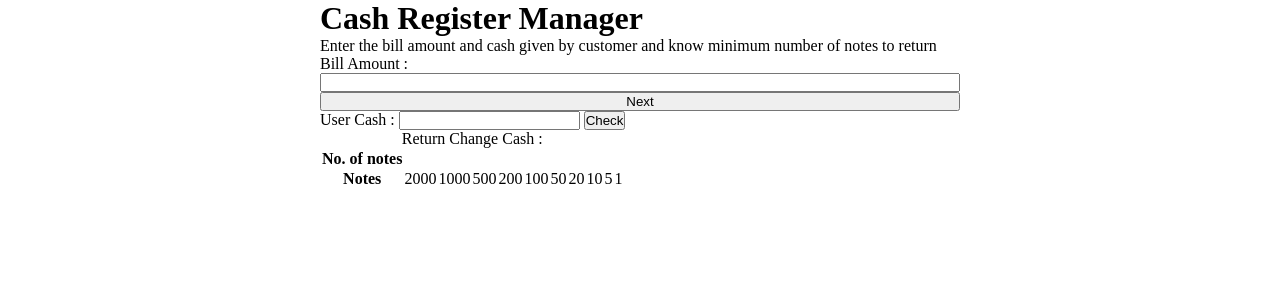
Repository: patelamancode/Cash-register-manager-app
Page: index.html
The author's editor kept a copy of each file at every save. The page is drawn from the files as they stood at one save, then again after the next save.
The browser window is 1280 px wide. The pictures show the whole page.

Above is the page before, as saved 2022-11-18 15:17:34.
Console error: ReferenceError: hideContent is not defined

### index.html
<!DOCTYPE html>
<html lang="en">

<head>
    <meta charset="UTF-8">
    <meta http-equiv="X-UA-Compatible" content="IE=edge">
    <meta name="viewport" content="width=device-width, initial-scale=1.0">
    <link rel="stylesheet" href="index.css">
    <title>Cash register app</title>
</head>

<body>
    <div id="main-container">
        <h1 class="heading">Cash Register Manager</h1>
        <p id="description">Enter the bill amount and cash given by customer
            and know minimum number of notes to return
        </p>
        <label for="Bill-amount">Bill Amount :</label>
        <input type="text" id="bill-amount">
        <button id="next-btn">Next</button>
        <div class="sub-container">
            <label for="Cash-amount" class="cash-section">User Cash :</label>
            <input type="text" id="cash-amount">
            <button class="check-btn">Check</button>
            <p class="error-message"></p>
            <table class="change-cash">
                <caption>Return Change Cash :</caption>
                <tr>
                    <th>No. of notes</th>
                    <td class="notes-number"></td>
                    <td class="notes-number"></td>
                    <td class="notes-number"></td>
                    <td class="notes-number"></td>
                    <td class="notes-number"></td>
                    <td class="notes-number"></td>
                    <td class="notes-number"></td>
                    <td class="notes-number"></td>
                    <td class="notes-number"></td>
                    <td class="notes-number"></td>
                </tr>
                <tr>
                    <th>Notes</th>
                    <td>2000</td>
                    <td>1000</td>
                    <td>500</td>
                    <td>200</td>
                    <td>100</td>
                    <td>50</td>
                    <td>20</td>
                    <td>10</td>
                    <td>5</td>
                    <td>1</td>
                </tr>
            </table>
        </div>
    </div>

    <script src="index.js"></script>
</body>

</html>

### index.css
*{
    margin: 0;
    padding: 0;
}

#main-container{
    display: flex;
    flex-direction: column;
    width: 50vw;
    margin: auto;
}

/* .sub-container{
    background-color: yellow;
    display: flex;
    flex-direction: column;
    width: 50vw;
    margin: auto;
} */

### index.js
// document.querySelector('.check-btn').addEventListener('click', function(){
//     console.log("Check button is clicked")
// })

const billAmount = document.querySelector('#bill-amount');
const cashAmount = document.querySelector('#cash-amount');
const checkButton = document.querySelector('.check-btn');
const errorMessage = document.querySelector('.error-message');
const notesDisplay = document.querySelectorAll('.notes-number');
// from here
// const hideContent = document.querySelector('.sub-container');
const nextButton = document.querySelector('#next-btn');


// Testing console values for all inputs
// checkButton.addEventListener('click', function(){
//     console.log(cashAmount.value);
// })
hideContent.style.display = "none"

nextButton.addEventListener('click', function(){
    hideContent.style.display = "block"

})
// to here

const displayErrorMessage = function (message) {
    errorMessage.style.display = "block";
    errorMessage.style.backgroundColor = "red";
    errorMessage.innerText = message;
}
const hideErrorMessage = function(){
    errorMessage.style.display = "none";

}

const notesArray = [2000, 1000, 500, 200, 100, 50, 20, 10, 5, 1];


checkButton.addEventListener('click', function amountValidation() {
    hideErrorMessage();

    if (billAmount.value > 0) {
        if(cashAmount.value > billAmount.value){
            const returnAmount = cashAmount.value - billAmount.value;
            numberOfNotesGiven(returnAmount);
        }
        else{
            displayErrorMessage("Invalid Cash value as per Bill amount");
        }
    }
    else {
        displayErrorMessage("Please make sure input bill amount must be positive and non-zero value");
    }
})

const numberOfNotesGiven = function(returnAmount){
    for(let i=0; i< notesArray.length; i++){
        let notesCount = Math.trunc(returnAmount/notesArray[i]);
        returnAmount = returnAmount%notesArray[i];
        notesDisplay[i].innerText = notesCount;
    }
}

// 1550

After the next save:
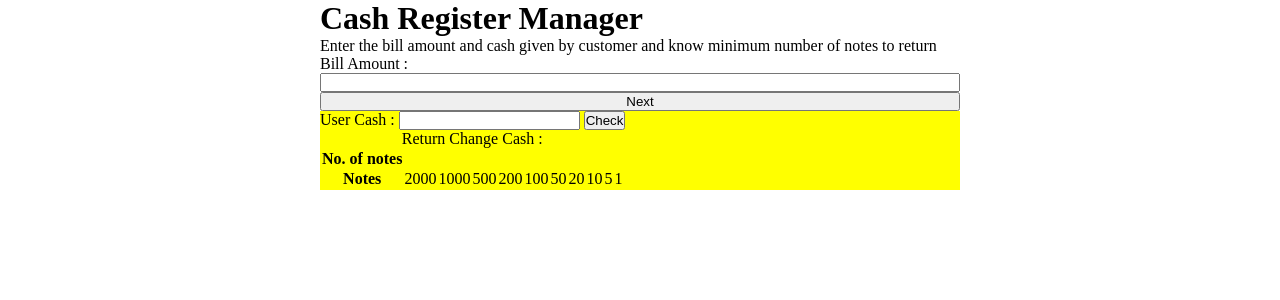
Saved 30 s later.
--- a/index.css
+++ b/index.css
@@ -10,10 +10,10 @@
     margin: auto;
 }
 
-/* .sub-container{
+.sub-container{
     background-color: yellow;
-    display: flex;
+    /* display: flex; */
     flex-direction: column;
     width: 50vw;
     margin: auto;
-} */
+}
